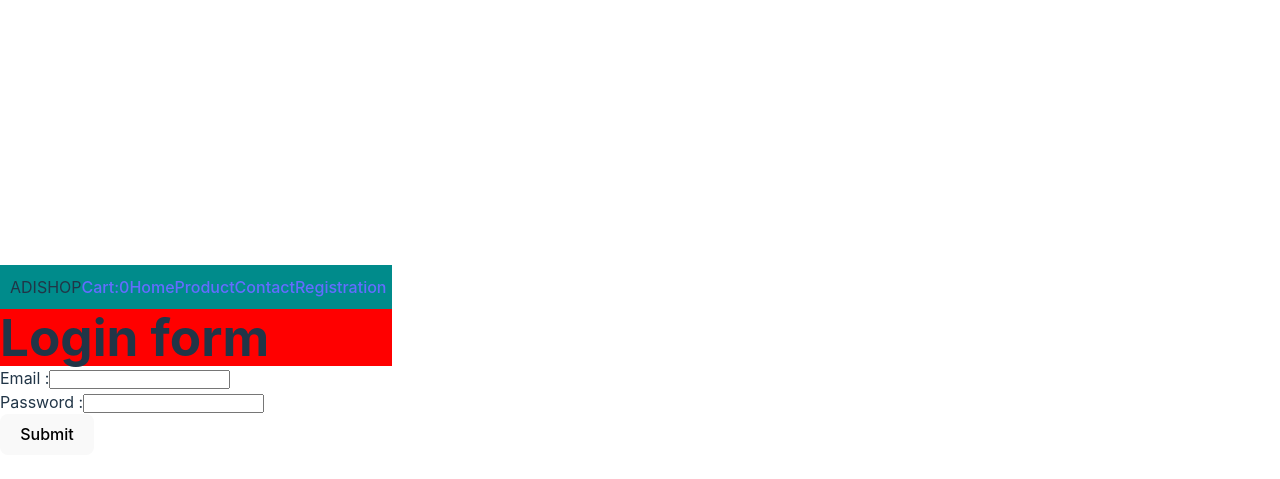
Repository: Aditya0377/React-ecommercewebsite
Page: /product (app in ecommerce/)
The author's editor kept a copy of each file at every save. The page is drawn from the files as they stood at one save, then again after the next save.
The browser window is 1280 px wide. The pictures show the whole page.
The page's requests for data from a server got no answer. The project was rebuilt for these pictures with package versions that can differ from the ones it lists, and the page was loaded fresh each time. No one was signed in, and anything a server would have sent is missing. Also part of the build but not shown: ecommerce/vite.config.js, ecommerce/src/components/Home.jsx, ecommerce/src/components/Product.css, ecommerce/src/components/Contact.jsx, ecommerce/src/components/Registration.jsx. Imported but missing from the stored project, and not drawn on this page: ecommerce/src/components/Cart.

Above is the page before, as saved 2025-01-29 14:30:54.

### ecommerce/src/main.jsx
import { BrowserRouter } from 'react-router-dom'
import { createRoot } from 'react-dom/client'
import './index.css'
import App from './App.jsx'

createRoot(document.getElementById('root')).render(
  <BrowserRouter>
    <App />
  </BrowserRouter>


)

### ecommerce/src/App.jsx
import React, { createContext, useState } from 'react'
import Header from './components/Header'
import { Routes, Route } from 'react-router-dom'
import Home from './components/Home'
import Product from './components/Product'
import Contact from './components/Contact'
import Login from './components/Login'
import Footer from './components/Footer'
import Cart from './components/Cart'
import Registration from './components/Registration'
import Authentication from './components/Authentication'

// import Pracctise from './components/Pracctise'

const context = createContext();


const App = () => {
  const [count, setCount] = useState(0);


  const addtoCart = () => {
    setCount(prevcount => prevcount + 1)
  }
  const x = 234;


  return (
    <div>
      <context.Provider value={{ addtoCart, count }}>
        <Header count={count} />
        <Routes>
          <Route path='/cart' element={<Cart />} />
          <Route path='/' element={<Home />} />

          <Route path='/product' element={<Authentication Component={Product} />} />

          <Route path='/contact' element={<Contact />} />
          <Route path='/login' element={<Login />} />
          <Route path='/registration' element={<Registration />} />




        </Routes>
      </context.Provider>

      {/* <Pracctise /> */}


      {/* <Footer /> */}
    </div >
  )
}

export default App;
export { context };

### ecommerce/src/components/Header.jsx
import React, { useContext } from 'react'
import "./Header.css"
import { Link } from "react-router-dom"
import { useState } from 'react'
import { context } from '../App'
const Header = () => {

    const [hide, sethide] = useState(true);

    const context1 = useContext(context);

    const unhide = () => {
        sethide(!hide)
        console.log(hide)
    }
    return (
        <><div className='burpar'>
            <div className='burger' onClick={unhide}>
                <div className="icon"></div>
                <div className="icon"></div>
                <div className="icon"></div>
            </div>
            <div className="search"><input type="search" name="" id="" placeholder='Search Here' /></div>

        </div>
            <div className={`nav ${hide ? 'shownav' : 'hidenav'}`}>
                <div className="logo">ADISHOP</div>
                <div className="menu">

                    <ul>

                        <li>
                            <Link to='/cart'>Cart:{context1.count}</Link>
                        </li>
                        <li>
                            <Link to='/'>Home</Link>
                        </li>
                        <li>
                            <Link to='/product'>Product</Link>
                        </li>
                        <li>
                            <Link to='/contact'>Contact</Link>

                        </li>
                        <li>
                            <Link to='/registration'>Registration</Link>

                        </li>
                    </ul>
                </div>
            </div>
        </>
    )
}

export default Header

### ecommerce/src/components/Product.jsx
import React, { useContext, useState, useEffect } from 'react';
// import data from './data.json';
import "./Product.css"
import { context } from "../App"
import Footer from './Footer';
import axios from 'axios';

const Product = () => {
    const context1 = useContext(context);
    // Accessing the product data
    // const products = data.mydata;

    // // Filtering products where the price is "free"
    // const freeProducts = products.filter((product) => product.price === "free");
    const [book, setBookData] = useState([]);

    useEffect(() => {
        const fetchData = async () => {
            // const response = await axios.get('http://localhost:3000/books');
            // setBookData(response.data);
            try {
                const response = await axios.get('http://localhost:3000/books');
                setBookData(response.data);
            } catch (error) {
                console.error("Error fetching book data:", error);
            }
        }
        fetchData();
    }, [])

    console.log(book);


    return (
        <>
            <div className='pardiv'>
                <h1>Free Products</h1>
                <div className='cards'>

                    {book.map((product, index) => (
                        <div className='card' key={product.id}>
                            <ul>
                                <li key={product.id}>
                                    <h2>{product.title}</h2>
                                    <p>Price: {product.price}</p>
                                    <img src={product.img} alt={product.title} width="200" />
                                </li>
                                <button onClick={context1.addtoCart}>Add to Cart</button>

                            </ul>
                        </div>
                    ))}

                </div>


            </div>
            <Footer />
        </>
    );
};

export default Product;

### ecommerce/src/components/Login.jsx
import React, { useEffect } from 'react'
import './Login.css'
import { useNavigate } from 'react-router-dom'
const Login = () => {
    const Navigate = useNavigate();
    const submit = (e) => {
        e.preventDefault();
        const token = localStorage.setItem("token", true);
        Navigate("/product")

    }


    return (
        <div>
            <h1>Login form</h1>
            <div className='paradiv'>
                <form className='contact' onSubmit={submit}>
                    <label>Email :</label>
                    <input type='email' /><br />
                    <label>Password :</label>
                    <input type='password' /><br />
                    <button >Submit</button><br />

                </form>
            </div >

        </div>
    )
}

export default Login

### ecommerce/src/components/Footer.jsx
import React from 'react'
import { Link } from 'react-router-dom'
import './Footer.css'

const Footer = () => {
    return (
        <div className='footer'>
            <div className="info">
                <div className='connect'>
                    <h3>Connnect with us</h3>
                    <Link to='/linkedin'>Linkedin</Link>
                    <Link to='/linkedin'>Whatsapp</Link>
                    <Link to='/linkedin'>Instagram</Link>

                </div>
                <div className="contactus">
                    <h3>Contact us at</h3>
                    <div className="email">Something@gmail.com</div>
                    <div className="phoneNumber">8979675634</div>
                </div>
            </div>
            <div className="copyinfo">
                <div className="cop1">
                    <Link>Conditions of Use & Sale</Link>
                    <Link>  Privacy Notice</Link>
                    <Link>  Interest-Based Ads</Link>
                </div>
                <div className="cop2">© 1996-2025, Amazon.com, Inc. or its affiliates</div>
            </div>
        </div>
    )
}

export default Footer

### ecommerce/src/components/Authentication.jsx
import React, { useEffect } from 'react'
import { useNavigate } from 'react-router-dom'

const Authentication = (prop) => {
    const navigate = useNavigate();
    const { Component } = prop;
    console.log(Component);
    useEffect(() => {
        const token = localStorage.getItem("token");
        if (!token) {
            navigate("/login")
        }
    })
    return (
        <div>
            <Component />
        </div>
    )
}

export default Authentication

### ecommerce/src/components/Header.css
*{
    box-sizing: border-box;
    margin: 0px;
    padding: 0px;
}

.nav{
    padding:10px;
    display: flex;
    justify-content: space-between;
    align-items: center;
    background-color: darkcyan;
}
.menu ul {
    list-style: none;
    display: flex;
    width: 300px;
    justify-content: space-between;
}
.burpar{
    display: none;
}
.icon{
    width: 20px;
    border: 2px solid black;
    margin: 1px;
}
@media screen and (max-width:550px){
    .burpar{
        height: 25px;
        display: flex;
        justify-content: space-between;
        align-items: center;

    }
    .burger{
        display: block;
    }
    .nav{
        width: 90px;
        display: block;
        transition: transform 500ms ease-in;

    }
    .logo{
        display: none;
    }
    .menu ul{

        width: 100%;
         display:flex;
         flex-direction: column;
         align-items: center;
         gap: 10px;
    }
    .shownav{
        transform: translateX(0%);
    }
    .hidenav{
        transform: translateX(-100px)

    }

}

### ecommerce/src/components/Footer.css
.footer{
    display: flex;
    background-color: rgb(34,46,62);
    flex-direction: column;
    color: white;

    width: 100%;
    /* position: absolute; */
    /* bottom: 0px; */
    /* bottom: 0px; */
}

.info{
    width: 100%;
    height: 300px;
    display: flex;
    justify-content: space-around;
    align-items: center;
    border: 1px solid black;
}
.copyinfo{
    text-align: center;
}
a {
    text-decoration: none;

}

Loaded but not shown: ecommerce/index.html (common file); ecommerce/src/index.css (common file); ecommerce/src/components/Login.css (common file); ecommerce/src/components/Home.css (no stored copy; drawn as an empty file)

After the next save:
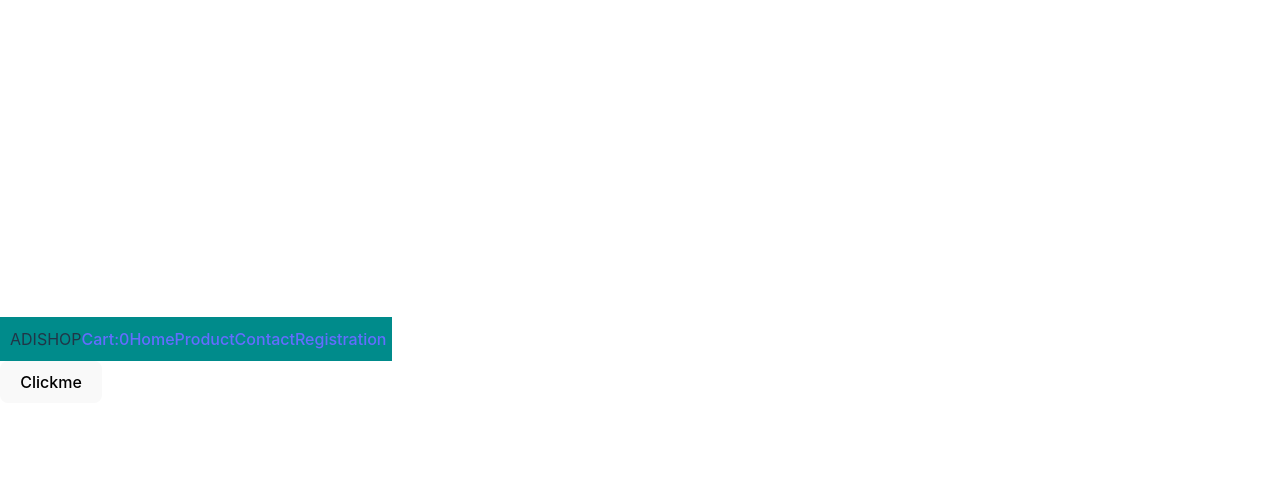
Saved 75 s later.
--- a/ecommerce/src/components/Login.jsx
+++ b/ecommerce/src/components/Login.jsx
@@ -13,7 +13,7 @@
 
     return (
         <div>
-            <h1>Login form</h1>
+            {/* <h1>Login form</h1>
             <div className='paradiv'>
                 <form className='contact' onSubmit={submit}>
                     <label>Email :</label>
@@ -22,8 +22,8 @@
                     <input type='password' /><br />
                     <button >Submit</button><br />
 
-                </form>
-            </div >
+                </form> */}
+            <button onClick={submit}>Clickme </button>
 
         </div>
     )
